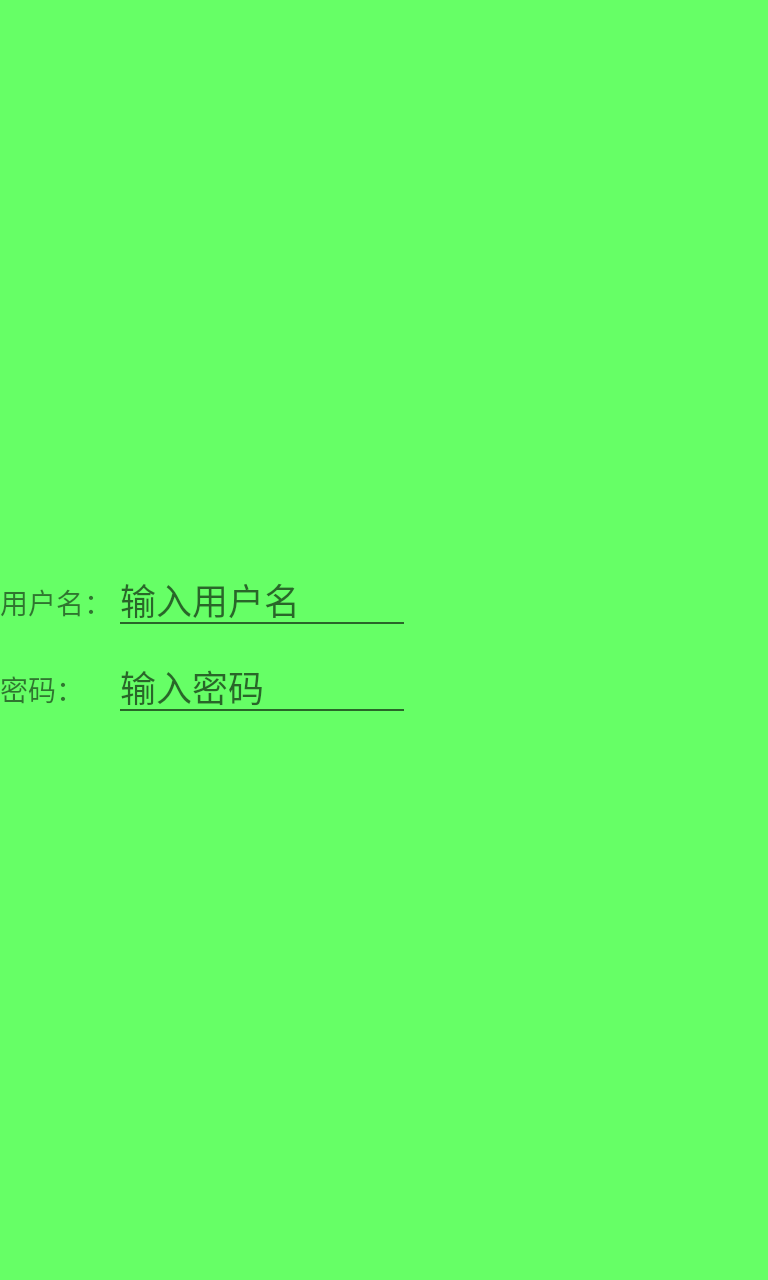
Repository: bingb89/Garbage
Layout: xml/login-demo/res/layout/activity_main.xml
An editor plug-in stored every save of this project. The layout is shown before and after the next save, followed by the edit.
It is drawn on a 768 x 1280 px phone screen (xhdpi) without system bars, with theme AppTheme; the app's code is not run.

Above is the layout before, as saved 2015-12-25 02:24:14.

### xml/login-demo/res/layout/activity_main.xml
<TableLayout xmlns:android="http://schemas.android.com/apk/res/android"
    xmlns:tools="http://schemas.android.com/tools"
    tools:context=".MainActivity"
    android:id="@+id/relative"
    android:layout_width="fill_parent"
    android:layout_height="fill_parent"
    android:background="#66ff66"
    android:gravity="center_vertical">

    <TableRow>

        <TextView
            android:id="@+id/text1"
            android:layout_width="wrap_content"
            android:layout_height="wrap_content"
            android:text="@string/user_name" />

        <EditText
            android:id="@+id/edit1"
            android:layout_width="wrap_content"
            android:layout_height="wrap_content"
            android:minWidth="150dp"
            android:hint="@string/name_hint" />
    </TableRow>

    <TableRow>

        <TextView
            android:id="@+id/text2"
            android:layout_width="wrap_content"
            android:layout_height="wrap_content"
            android:text="@string/user_pass" />

        <EditText
            android:id="@+id/edit2"
            android:layout_width="wrap_content"
            android:layout_height="wrap_content"
            android:minWidth="150dp"
            android:hint="@string/pass_hint" />
    </TableRow>

</TableLayout>

### xml/login-demo/res/values/strings.xml
<?xml version="1.0" encoding="utf-8"?>
<resources>

    <string name="app_name">login-demo</string>
    <string name="hello_world">Hello world!</string>
    <string name="action_settings">Settings</string>

    <string name="user_name">用户名：</string>
    <string name="user_pass">密码：</string>
    <string name="name_hint">输入用户名</string>
    <string name="pass_hint">输入密码</string>

</resources>

Loaded but not shown: xml/login-demo/res/values/styles.xml (common file); xml/login-demo/res/values-v11/styles.xml (common file); xml/login-demo/res/values-v14/styles.xml (common file)

After the next save:
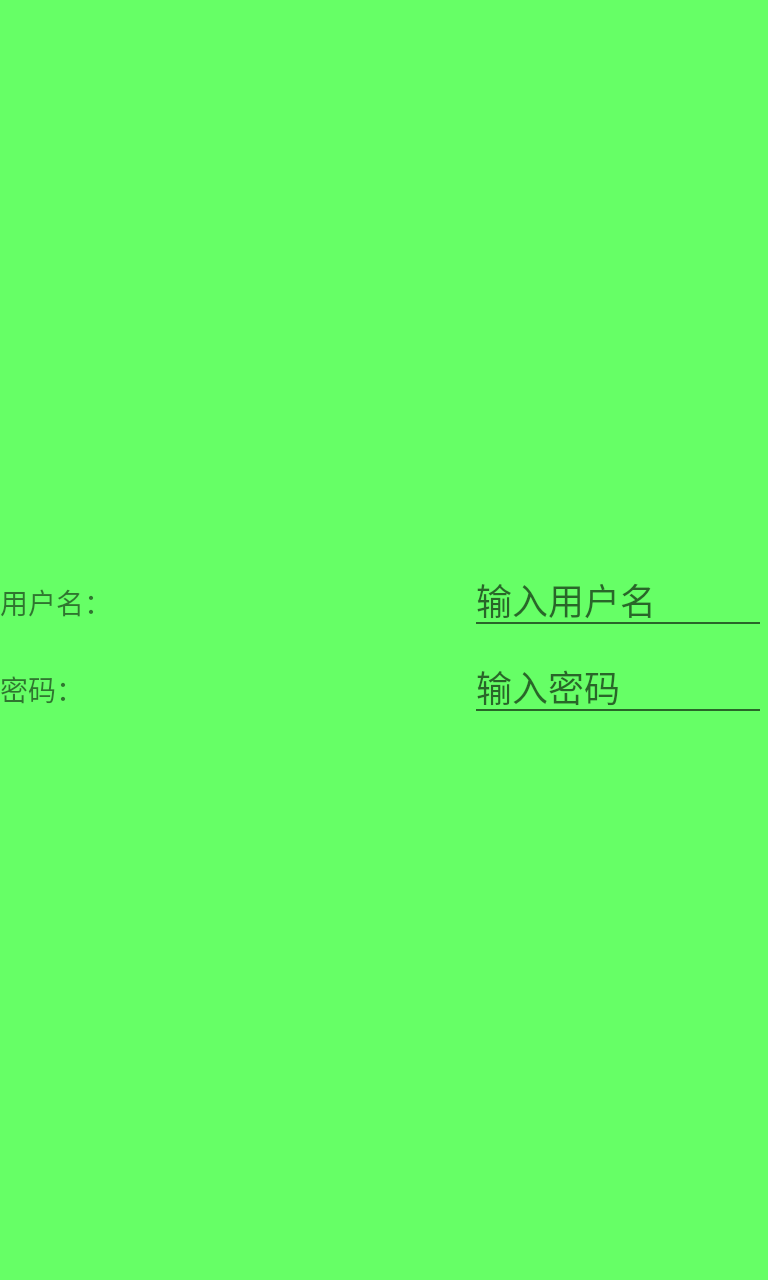
Saved 8 min 25 s later.
--- a/xml/login-demo/res/layout/activity_main.xml
+++ b/xml/login-demo/res/layout/activity_main.xml
@@ -5,7 +5,8 @@
     android:layout_width="fill_parent"
     android:layout_height="fill_parent"
     android:background="#66ff66"
-    android:gravity="center_vertical">
+    android:gravity="center_vertical"
+    android:stretchColumns="0,3" >
 
     <TableRow>
 
